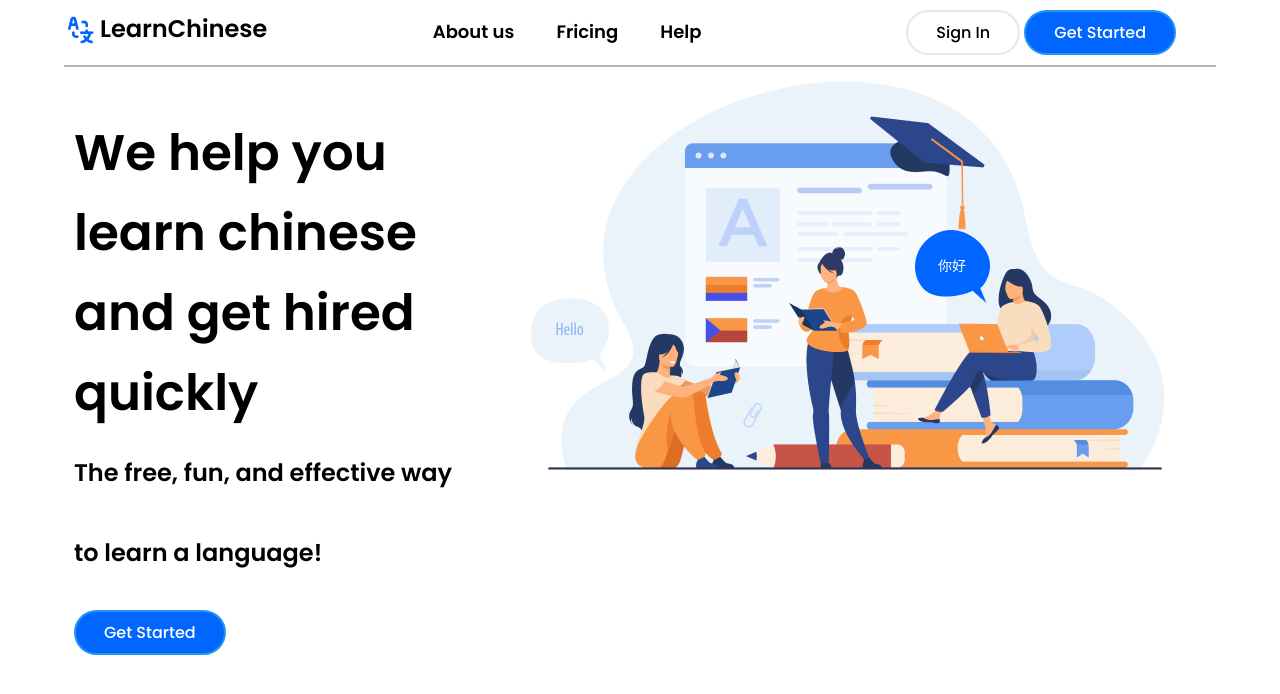
Repository: BinhIT/ChineseLearn
Page: index.html
The author's editor kept a copy of each file at every save. The page is drawn from the files as they stood at one save, then again after the next save.
The browser window is 1280 px wide. The pictures show the whole page.

Above is the page before, as saved 2023-03-01 13:41:27.

After the next save:
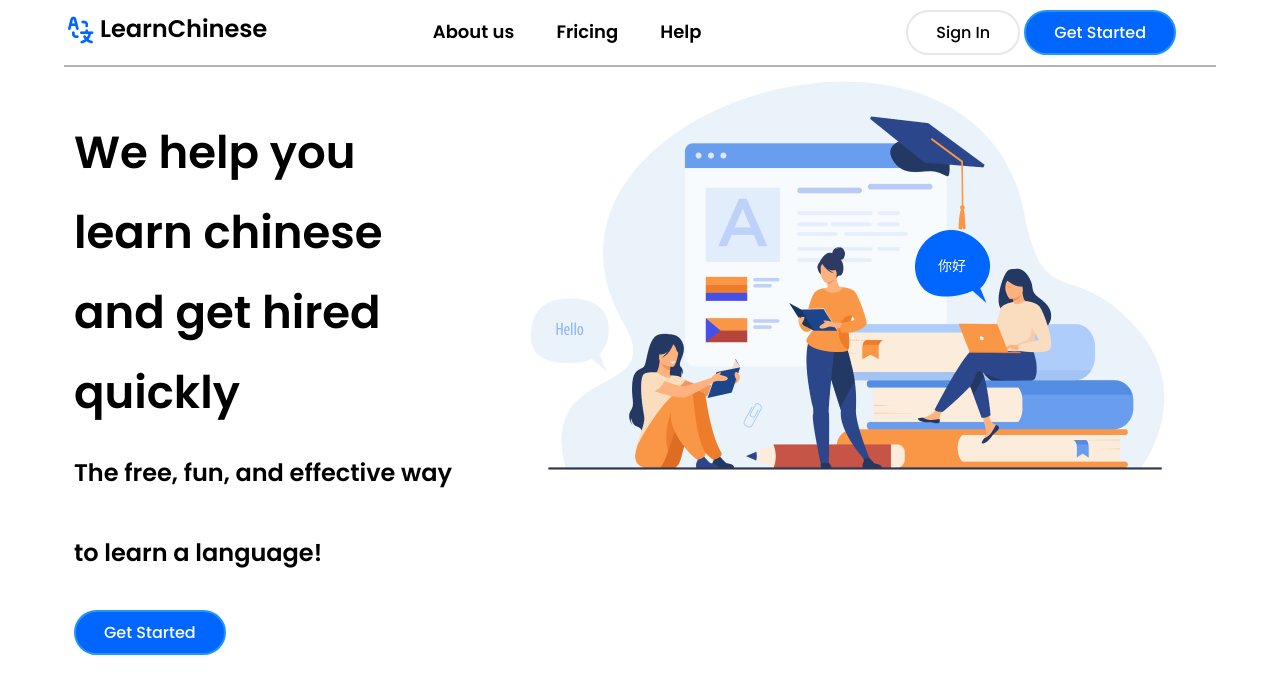
Saved 9 s later.
--- a/css/section.css
+++ b/css/section.css
@@ -18,7 +18,7 @@
 }
 
 .hero-col1 h1 {
-    font-size: 50px;
+    font-size: 45px;
 
 }
 
